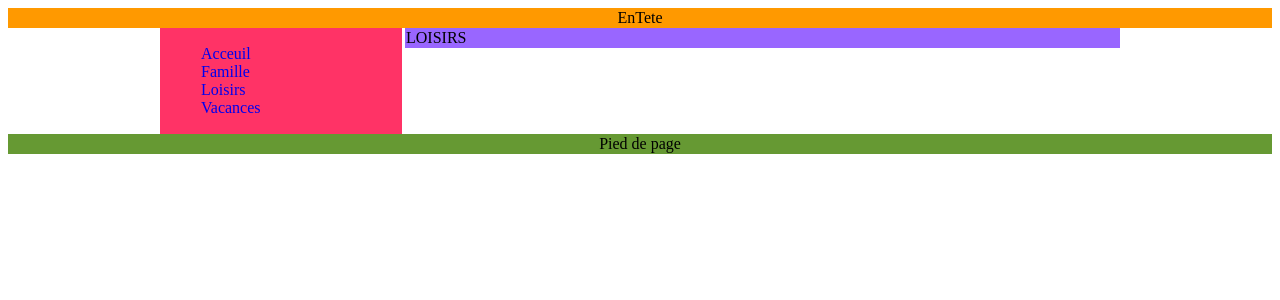
Repository: serviceshuios/Git-Aix-Web
Page: mise-en-page-html-css/WebContent/loisirs.html
An editor plug-in stored every save of this project. The page is shown before and after the next save, followed by the edit.
The browser window is 1280 px wide. The pictures show the whole page.

Above is the page before, as saved 2018-10-25 14:54:19.

After the next save:
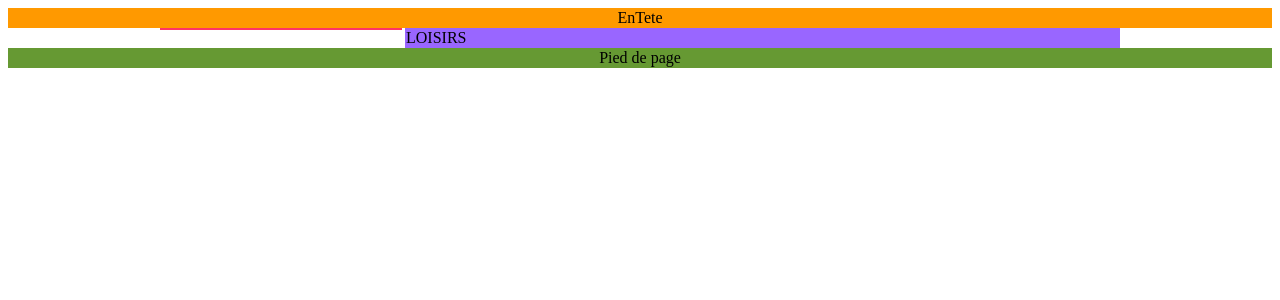
Saved 81 s later.
--- a/mise-en-page-html-css/WebContent/loisirs.html
+++ b/mise-en-page-html-css/WebContent/loisirs.html
@@ -11,12 +11,12 @@
 		</div>
 		<div id="main">
 			<div id="menu">
-				<ul>
-					<li><a href="accueil.html">Acceuil</a></li>
-					<li><a href="famille.html">Famille</a></li>
-					<li><a href="loisirs.html">Loisirs</a></li>
-					<li><a href="vacances.html">Vacances</a></li>
-				</ul>
+<!-- 				<ul> -->
+<!-- 					<li><a href="accueil.html">Acceuil</a></li> -->
+<!-- 					<li><a href="famille.html">Famille</a></li> -->
+<!-- 					<li><a href="loisirs.html">Loisirs</a></li> -->
+<!-- 					<li><a href="vacances.html">Vacances</a></li> -->
+<!-- 				</ul> -->
 			</div>
 			<div id="contenu">
 				LOISIRS

After the save that followed:
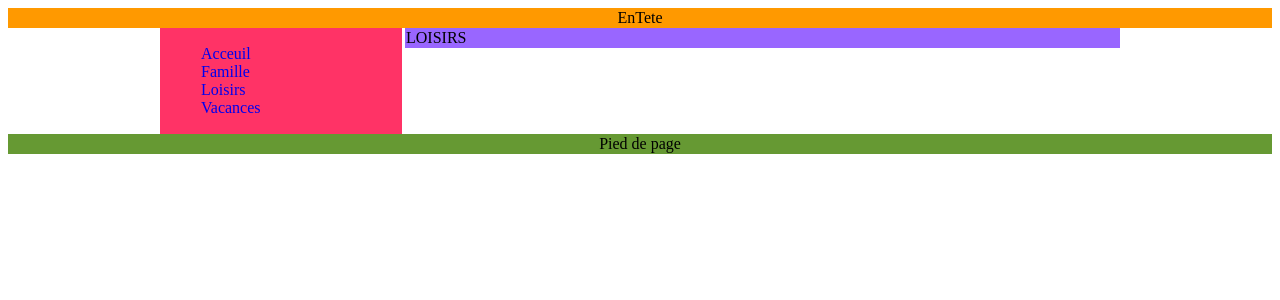
Saved 23 s later.
--- a/mise-en-page-html-css/WebContent/loisirs.html
+++ b/mise-en-page-html-css/WebContent/loisirs.html
@@ -11,12 +11,12 @@
 		</div>
 		<div id="main">
 			<div id="menu">
-<!-- 				<ul> -->
-<!-- 					<li><a href="accueil.html">Acceuil</a></li> -->
-<!-- 					<li><a href="famille.html">Famille</a></li> -->
-<!-- 					<li><a href="loisirs.html">Loisirs</a></li> -->
-<!-- 					<li><a href="vacances.html">Vacances</a></li> -->
-<!-- 				</ul> -->
+				<ul>
+					<li><a href="accueil.html">Acceuil</a></li>
+					<li><a href="famille.html">Famille</a></li>
+					<li><a href="loisirs.html">Loisirs</a></li>
+					<li><a href="vacances.html">Vacances</a></li>
+				</ul>
 			</div>
 			<div id="contenu">
 				LOISIRS
